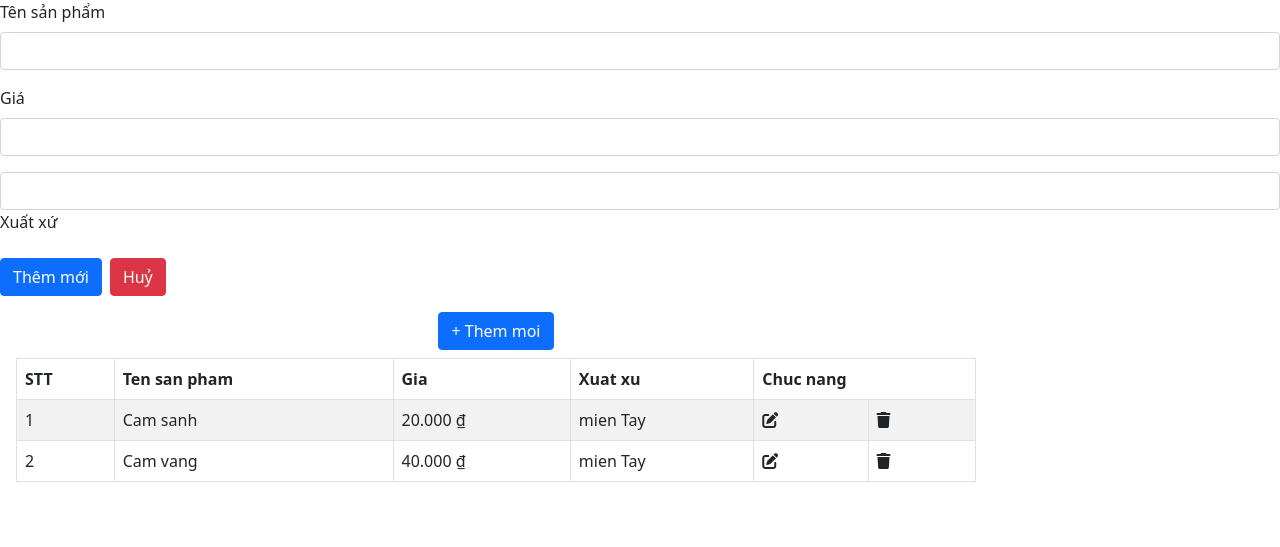
Repository: TinhTT336/MD02_Session12
Page: / (app in client/), after clicking the first element matching `button.btn`
The author's editor kept a copy of each file at every save. The page is drawn from the files as they stood at one save, then again after the next save.
The browser window is 1280 px wide. The pictures show the whole page.
The project was rebuilt for these pictures with package versions that can differ from the ones it lists, and the page was loaded fresh each time. Requests to the local data server were answered from the project's data file. Also part of the build but not shown: client/vite.config.js, client/src/App.css, client/src/index.css.

Above is the page before, as saved 2023-09-11 14:04:11.

After the next save:
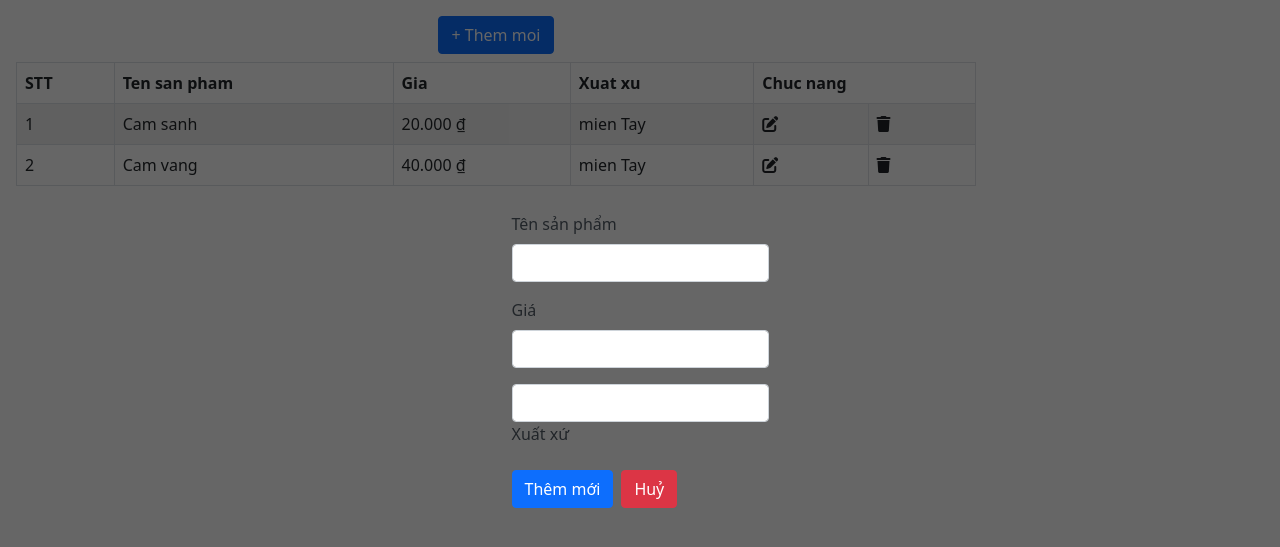
Saved 30 s later.
--- a/client/src/components/admin/manager-product/FormAdd.jsx
+++ b/client/src/components/admin/manager-product/FormAdd.jsx
@@ -4,8 +4,8 @@ import "./product.css";
 export default function FormAdd() {
     return (
         <>
-            <div className='product=container'>
-                <form className='form=container'>
+            <div className='product-container'>
+                <form className='form-container'>
                     <div className="mb-3">
                         <label htmlFor="productName" className="form-label">
                             Tên sản phẩm
